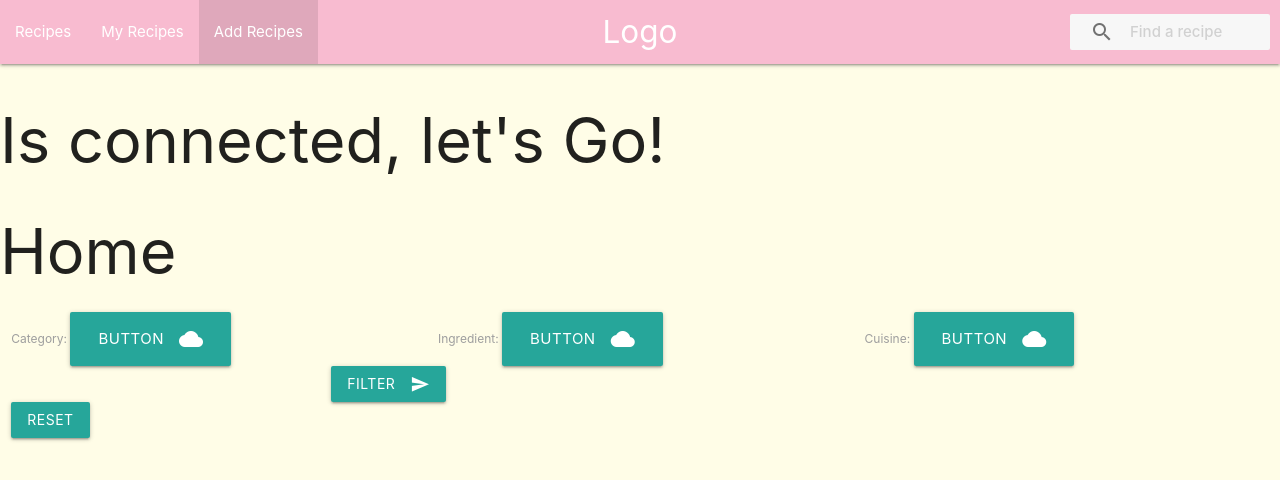
Repository: pazcm/cook-book
Page: templates/home.html
The author's editor kept a record of every edit. The page is drawn from the files as they stood at one moment, then again after the next edit.
The browser window is 1280 px wide. The pictures show the whole page.
Some web libraries are served in a nearby version. The page is served by the project's application, run on Flask 3 (app.py). The template is opened directly, without the code that normally fills it, so the values that code supplies are empty.

Above is the page before.

After the next edit:
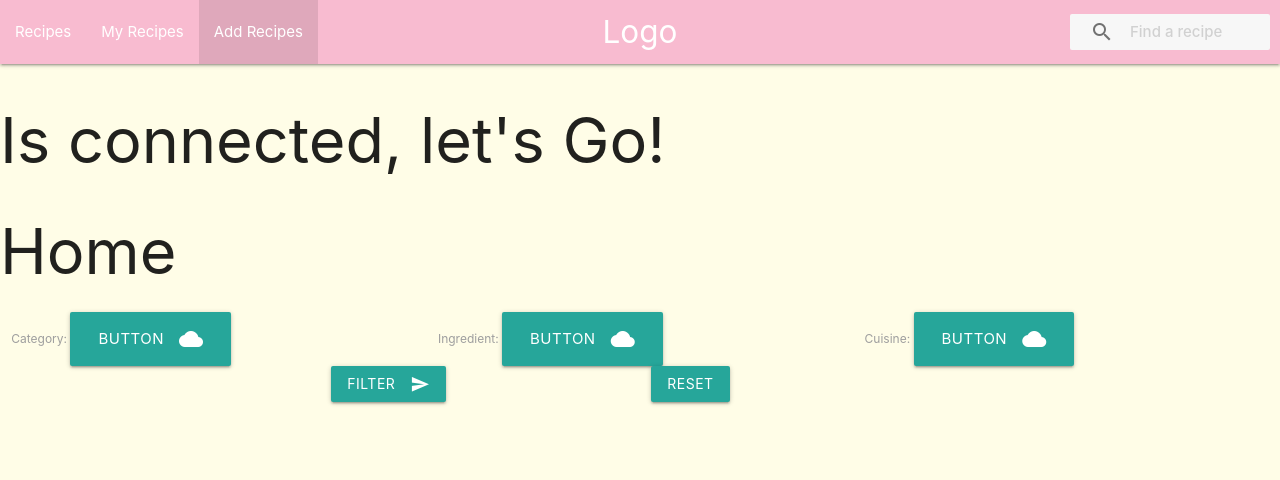
The edit:
--- a/templates/home.html
+++ b/templates/home.html
@@ -24,9 +24,8 @@
                     <i class="material-icons right">send</i>
                 </button>
             </div>
-
-            <div class="col s12 m-6 l-3">
-                <button href="{{url_for('list_recipes', recipes=recipes, category=category, ingredient=ingredient, cuisine=cuisine)}}" class="btn">Reset</button>
+            <div class="col s6 m6 l3">
+                <button class="btn waves-effect waves-light" href="{{url_for('list_recipes', recipes=recipes, category=category, ingredient=ingredient, cuisine=cuisine)}}">Reset</button>
             </div>
         </div>
     </form>
